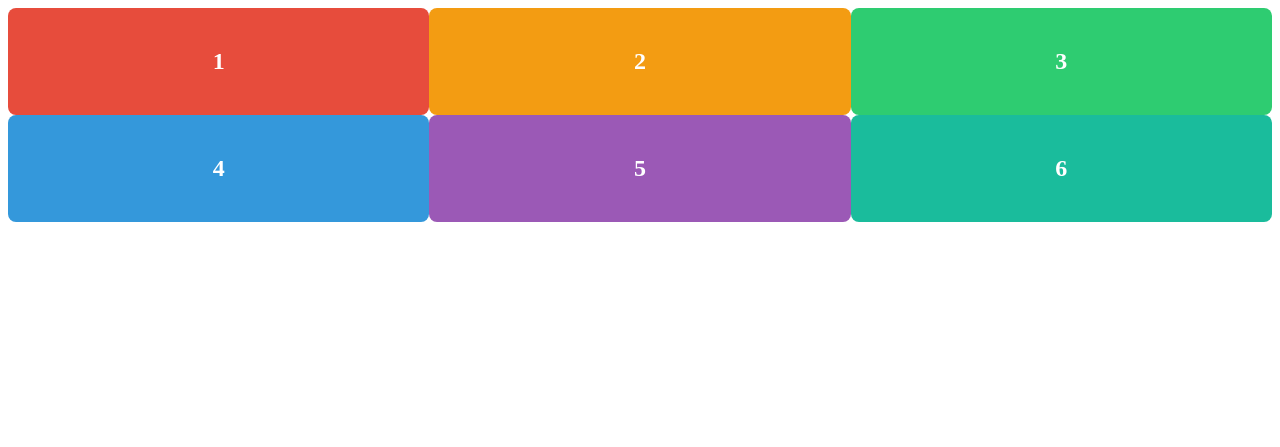
Repository: mertfurkandgn/artpainting
Page: card-1/index.html
The author's editor kept a copy of each file at every save. The page is drawn from the files as they stood at one save, then again after the next save.
The browser window is 1280 px wide. The pictures show the whole page.

Above is the page before, as saved 2025-07-30 21:26:25.

### card-1/index.html
<!DOCTYPE html>
<html lang="en">
  <head>
    <meta charset="UTF-8" />
    <meta name="viewport" content="width=device-width, initial-scale=1.0" />
    <title>Card 1</title>
    <link rel="stylesheet" href="css/style.css" />
  </head>
  <body>
    <main>
      <section class="card-section">
        <div class="container">
          <div class="row">
            <div class="card">
              <div class="grid-container">
                <div class="item">1</div>
                <div class="item">2</div>
                <div class="item">3</div>
                <div class="item">4</div>
                <div class="item">5</div>
                <div class="item">6</div>
              </div>
            </div>
          </div>
        </div>
      </section>
    </main>
  </body>
</html>

### card-1/css/style.css
.grid-container{
    display: grid;
    grid-template-columns: 1fr 1fr 1fr;
}
.item {
      color: white;
      padding: 40px 0;
      font-size: 24px;
      text-align: center;
      border-radius: 8px;
      font-weight: bold;
    }

    /* Her kutuya farklı arka plan rengi */
    .item:nth-child(1) { background-color: #e74c3c; } /* kırmızı */
    .item:nth-child(2) { background-color: #f39c12; } /* turuncu */
    .item:nth-child(3) { background-color: #2ecc71; } /* yeşil */
    .item:nth-child(4) { background-color: #3498db; } /* mavi */
    .item:nth-child(5) { background-color: #9b59b6; } /* mor */
    .item:nth-child(6) { background-color: #1abc9c; } /* camgöbeği */

After the next save:
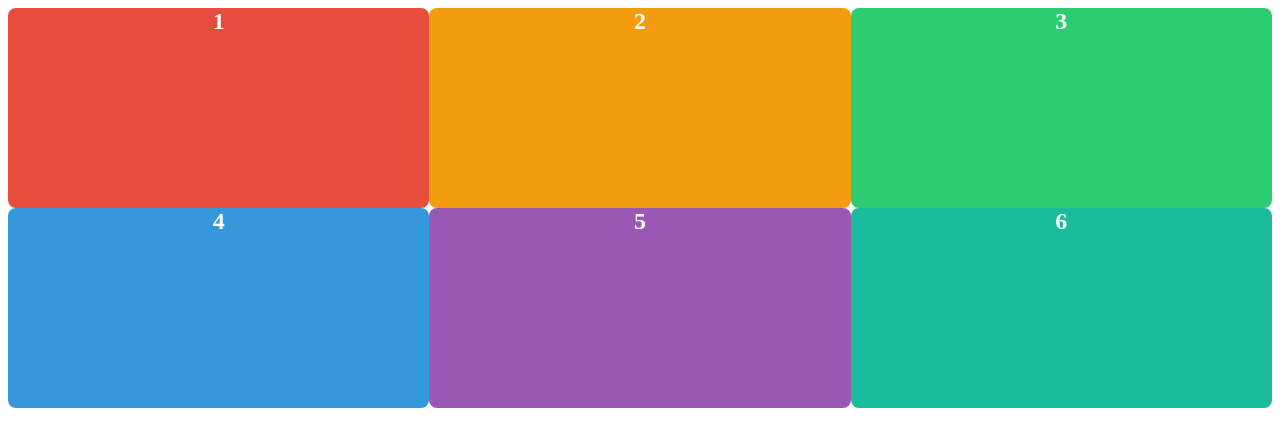
Saved 27 s later.
--- a/card-1/css/style.css
+++ b/card-1/css/style.css
@@ -4,7 +4,7 @@
 }
 .item {
       color: white;
-      padding: 40px 0;
+      height: 200px;
       font-size: 24px;
       text-align: center;
       border-radius: 8px;

After the save that followed:
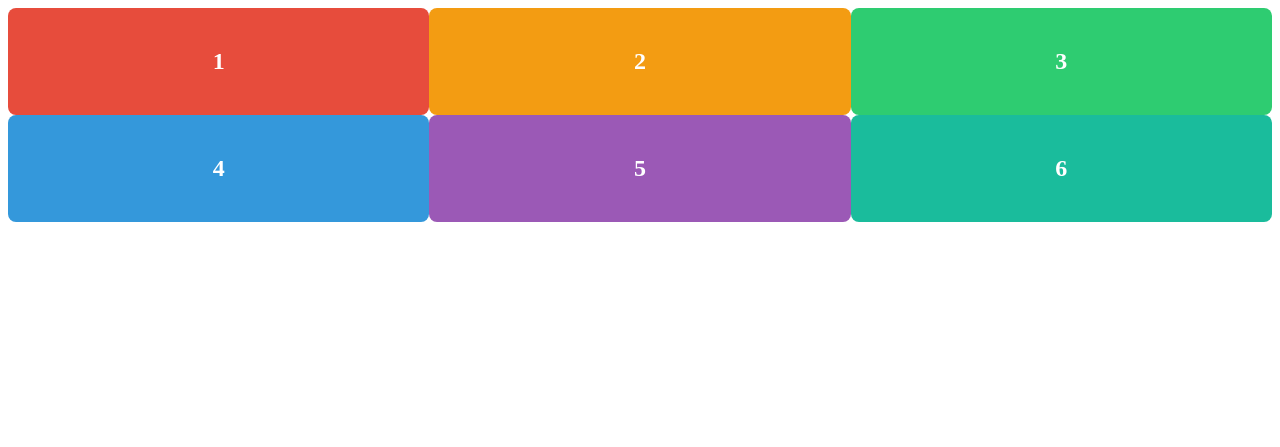
Saved 7 s later.
--- a/card-1/css/style.css
+++ b/card-1/css/style.css
@@ -4,7 +4,7 @@
 }
 .item {
       color: white;
-      height: 200px;
+      padding: 40px 0;
       font-size: 24px;
       text-align: center;
       border-radius: 8px;
